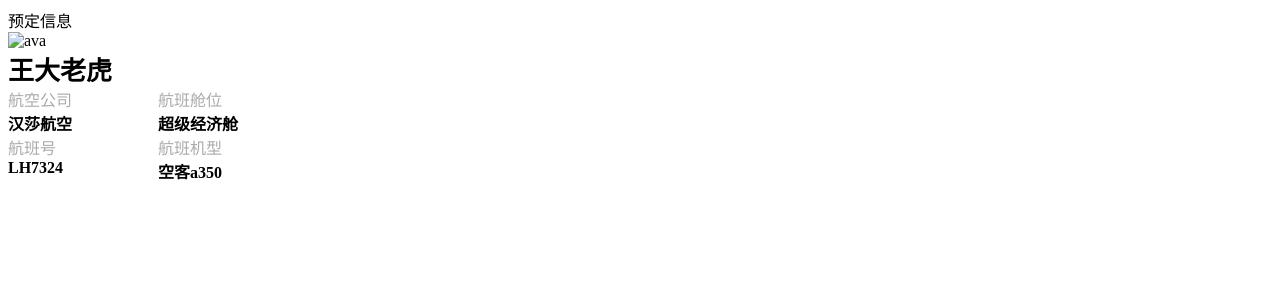
Repository: xzm1997/react-learning
Page: /
An editor plug-in stored every save of this project. The page is shown before and after the next save, followed by the edit.
The browser window is 1280 px wide. The pictures show the whole page.
The project was rebuilt for these pictures with package versions that can differ from the ones it lists, and the page was loaded fresh each time.

Above is the page before, as saved 2023-01-31 10:26:59.

### src/index.js
import React from 'react';
import ReactDOM from 'react-dom/client';
import './index.css';

export function UserInfo(props) {
  return (
    <div>
      <img src='' alt='ava'></img>
      <div className='userName'>{props.userName}</div>
    </div>
  )
}

export function InfoShow(props) {
  return (
    <div>
      <div className='bookTitle'>{props.title}</div>
      <div className='bookContent'>{props.content}</div>
    </div>
  )
}

export function BookInfo(props) {
  return (
    <div>
      <div>预定信息</div>
      <UserInfo userName={props.userName} />
      <div className='infoDisplay'>
        <div className='infoItem leftSide'>
          <InfoShow title='航空公司' content={props.ticketInfo.airline}/>
          <InfoShow title='航班号' content={props.ticketInfo.flightNum}/>
        </div>
        <div className='infoItem rightSide'>
          <InfoShow title='航班舱位' content={props.ticketInfo.level}/>
          <InfoShow title='航班机型' content={props.ticketInfo.plane}/>
        </div>
      </div>
    </div>
    )
}

export function Root() {
  const userName = '王大老虎';
  const ticketInfo = {
    airline : '汉莎航空',
    flightNum : 'LH7324',
    level : '超级经济舱',
    plane : '空客a350'
  }
  return (
    <div>
      <BookInfo
        userName={userName}
        ticketInfo={ticketInfo}
      />
    </div>
  )
}

// ========================================

const root = ReactDOM.createRoot(document.getElementById("root"));
root.render(<Root />);

### src/index.css
.helloWorld {
  color: #2dd;
  font-size: 24px;
}

.userName {
  font-weight: 700;
  font-size: 26px;
}

.bookTitle {
  color: #aaa;
}

.bookContent {
  font-weight: 700;
}

.infoDisplay {
  display: flex;
}

.infoItem {
  width: 150px;
}

Loaded but not shown: public/index.html (common file)

After the next save:
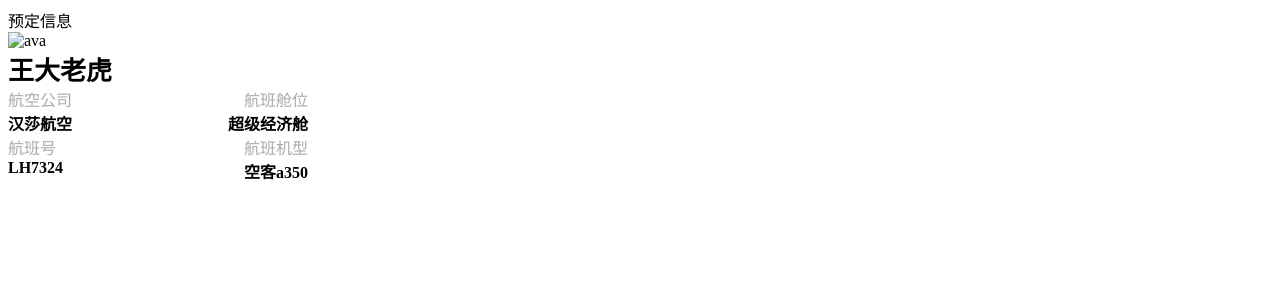
Saved 87 s later.
--- a/src/index.css
+++ b/src/index.css
@@ -23,3 +23,7 @@
 .infoItem {
   width: 150px;
 }
+
+.rightSide {
+  text-align: right;
+}
